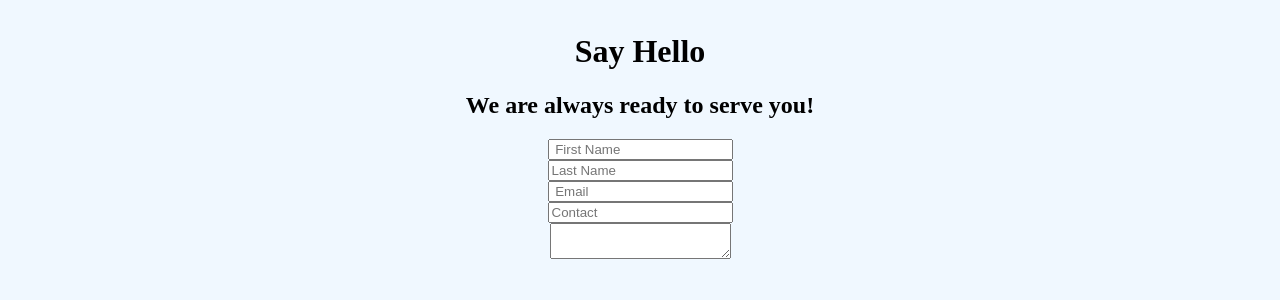
Repository: Owusuharriet/HW1-HAMAH.index.html
Page: index.htm
These files come from the project's save history. The page is drawn as it stood at one moment and after a run of saves; the edit follows.
The browser window is 1280 px wide. The pictures show the whole page.

Above is the page before, as saved 2020-08-03 22:49:01.

### index.htm
<!DOCTYPE html>
<html lang="en">
<head>
    <meta charset="UTF-8">
    <meta name="viewport" content="width=device-width, initial-scale=1.0">
    <link rel="stylesheet" href="./style.css">
    <title>Contact Form</title>
</head>
<body>
    <div class="contact-title">
        <h1>Say Hello</h1>
        <h2>We are always ready to serve you!</h2>
    </div>

    <div class="contact-form">
        <form id="contact-form" method="post" action=""></form>
        <input name="name" type="text" class="form-control" placeholder=" First Name" required>
        <br>
        <input name="name" type="text" class="form-control" placeholder="Last Name" required>
        <br>
        <input name="emial" type="email" class="form-control" placeholder=" Email"required>
        <br>
        <input name="contact" type="contact" class="form-control" placeholder="Contact">
        <br>

        <textarea name="message" class="from-control"></textarea>

    </div>


</body>
</html>

### style.css
body{
    margin: 6px;
    padding: 6px;
    text-align: center;
    background-color: aliceblue;

    background-size: cover;
    background-position: center;

}
.content-title{
    margin-top: 100px;
    color: rgb(43, 36, 36);
    text-transform: uppercase;
    transition: all 2 ease-in-out;

}
.content-title h1{
    font-size: 32px;
    line-height: 10px;
}

.content-title h2{
    font-size: 10px;
}

After the next 5 saves:
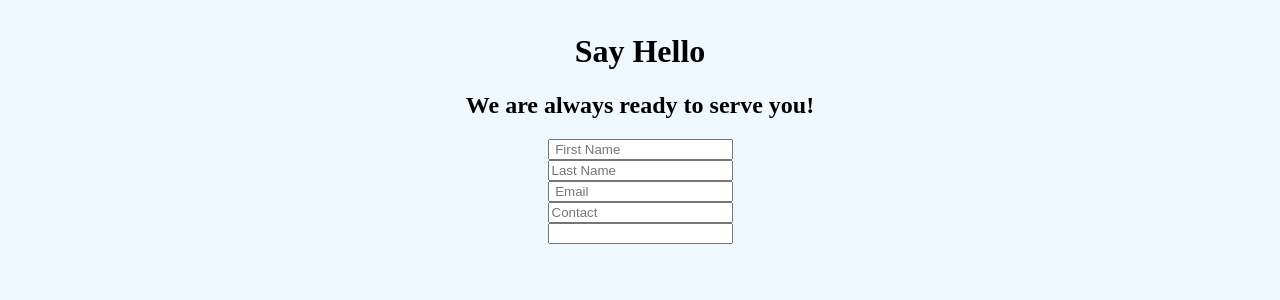
The 5 saves are shown as one change because they came seconds apart.
The last was saved 67 s later.
--- a/index.htm
+++ b/index.htm
@@ -22,6 +22,7 @@
         <br>
         <input name="contact" type="contact" class="form-control" placeholder="Contact">
         <br>
+        <input name=""
 
         <textarea name="message" class="from-control"></textarea>
 
